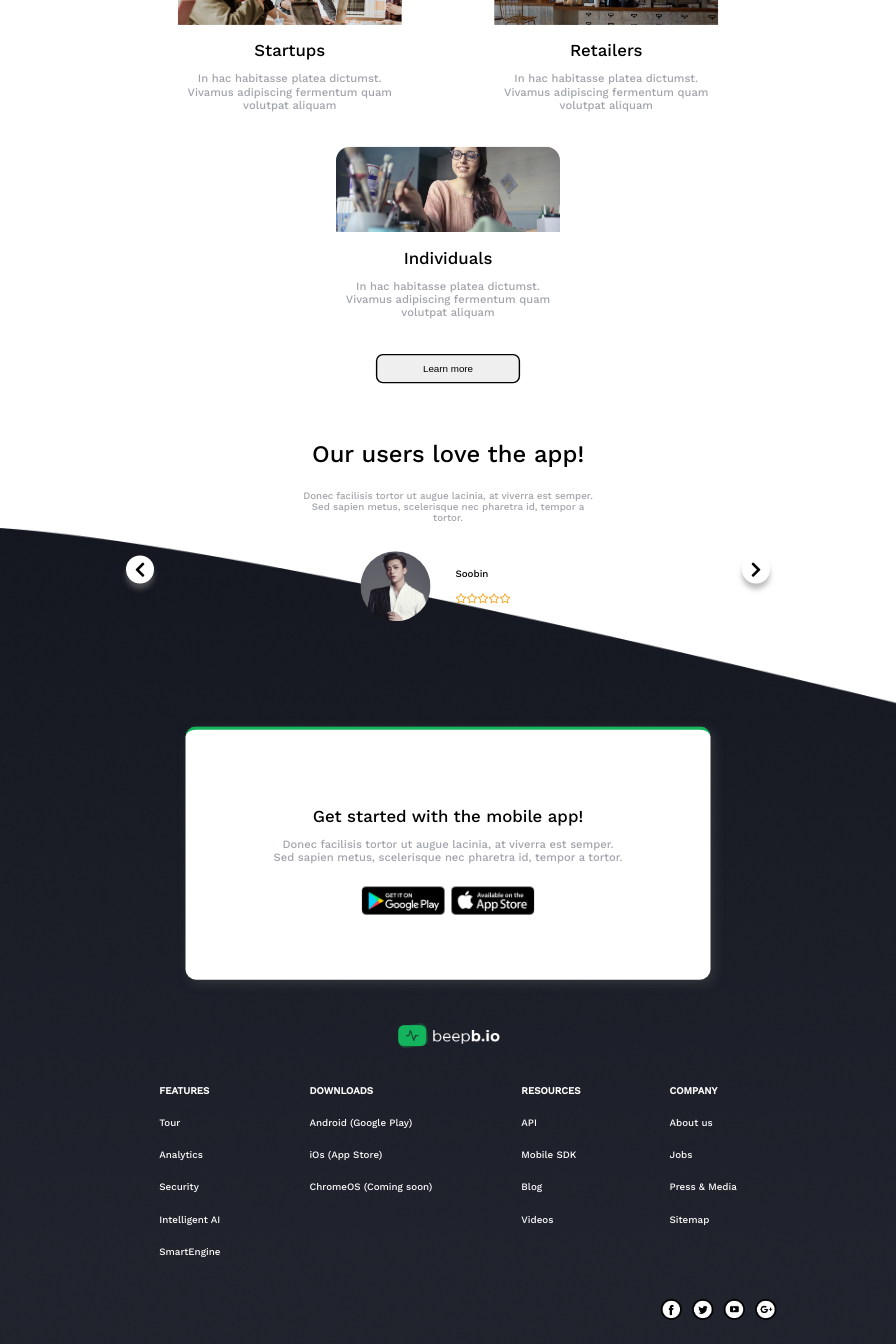
Repository: thinhnguyen347/thinhnguyen347.github.io
Page: cut-html-css/index.html
These files come from the project's save history. The page is drawn as it stood at one moment and after the next save; the edit follows.
The browser window is 1280 px wide. The pictures show the part of the page from y = 3302 to 5222 px (the page is 5222 px tall before and 4710 px after), at 70% of full size.

Above is the page before, as saved 2021-11-10 17:08:14.

After the next save:
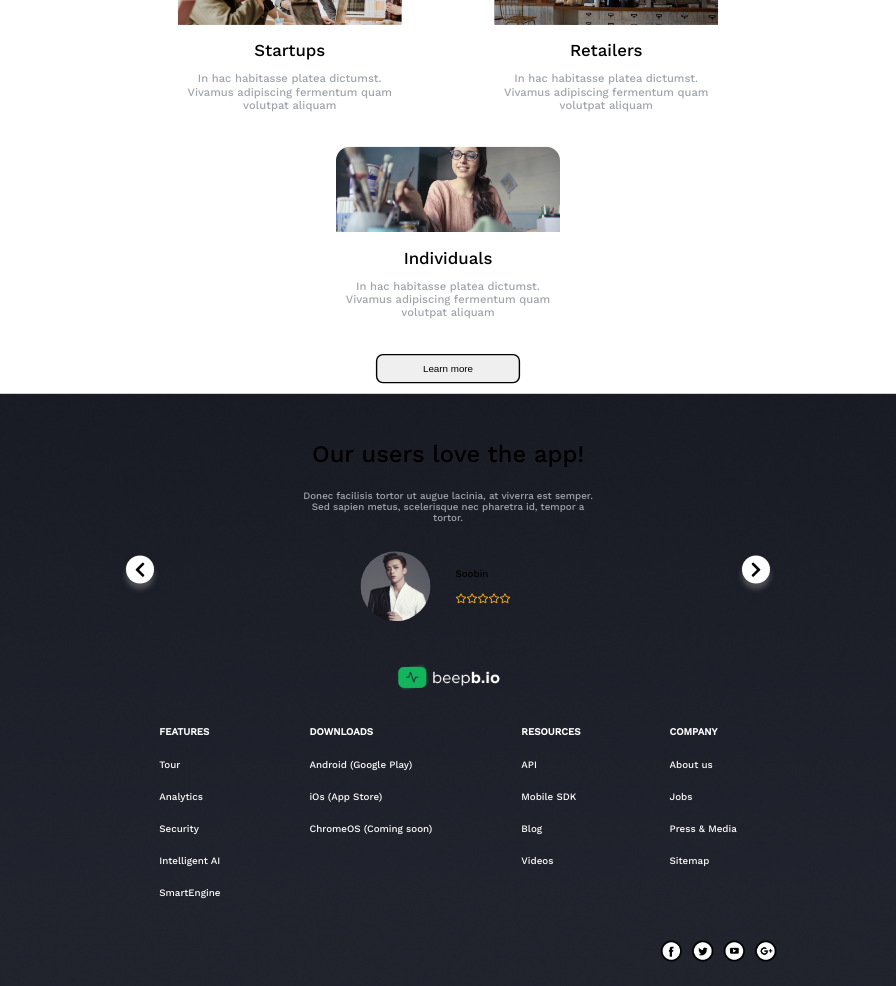
Saved 2 min 13 s later.
--- a/cut-html-css/index.html
+++ b/cut-html-css/index.html
@@ -269,16 +269,7 @@
 
                 </div>
                 <!-- End of Carousel  -->
-                <div class="dld">
-                    <div>
-                        <p class="title pdtop">Get started with the mobile app!</p><br>
-                        <p class="f-detail">Donec facilisis tortor ut augue lacinia, at viverra est semper. Sed sapien
-                            metus, scelerisque nec pharetra id, tempor a tortor.</p>
-                    </div>
-                    <br><br>
-                    <img src="./img/gglplay.png" alt="google-play" height="40px">&nbsp;
-                    <img src="./img/appstore.png" alt="appstore" height="40px">
-                </div>
+
             </div>
 
 

After the 2 saves that followed:
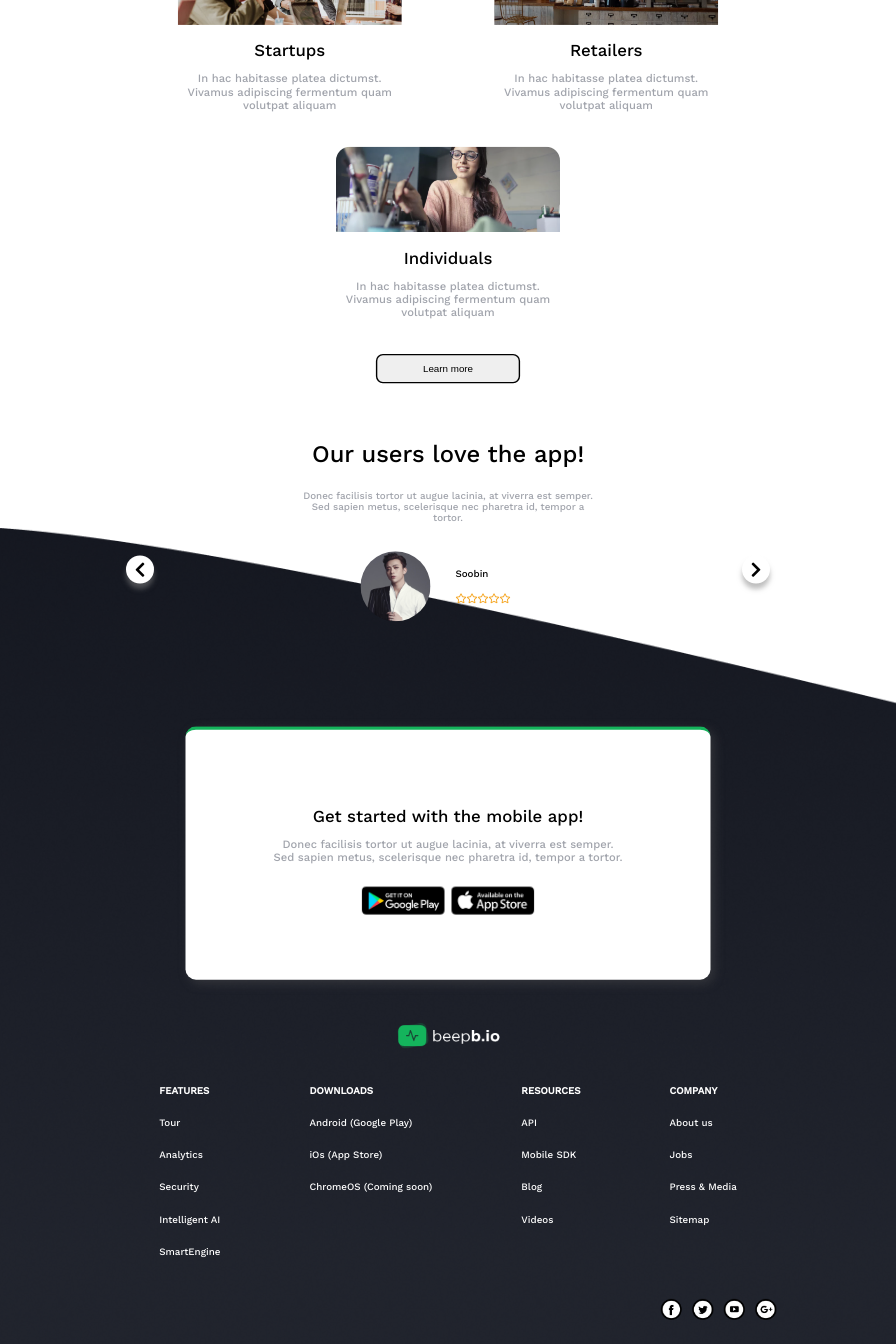
The 2 saves are shown as one change because they came seconds apart.
The last was saved 10 s later.
--- a/cut-html-css/index.html
+++ b/cut-html-css/index.html
@@ -274,6 +274,16 @@
 
 
             <div class="container3">
+                <div class="dld">
+                    <div>
+                        <p class="title pdtop">Get started with the mobile app!</p><br>
+                        <p class="f-detail">Donec facilisis tortor ut augue lacinia, at viverra est semper. Sed sapien
+                            metus, scelerisque nec pharetra id, tempor a tortor.</p>
+                    </div>
+                    <br><br>
+                    <img src="./img/gglplay.png" alt="google-play" height="40px">&nbsp;
+                    <img src="./img/appstore.png" alt="appstore" height="40px">
+                </div>
                 <div class="logo2"><a href="#" target="_self"><img src="img/logo.png" alt="beepb.io" height="40px"></a>
                 </div>
 
